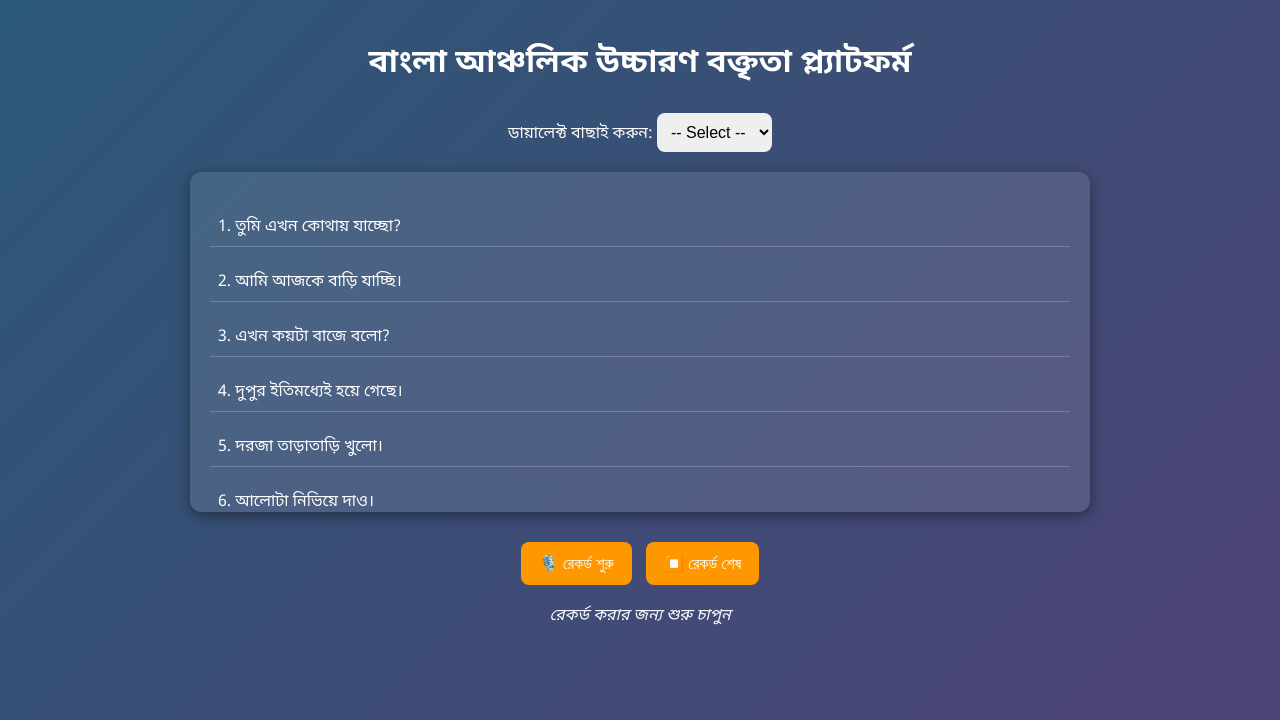
Repository: Sayeem-Velocity/shobdotori-where-dialects-flow-into-bangla
Page: index.html
An editor plug-in stored every save of this project. The page is shown before and after the next save, followed by the edit.
The browser window is 1280 px wide. The pictures show the whole page.

Above is the page before, as saved 2025-08-31 14:29:35.

After the next save:
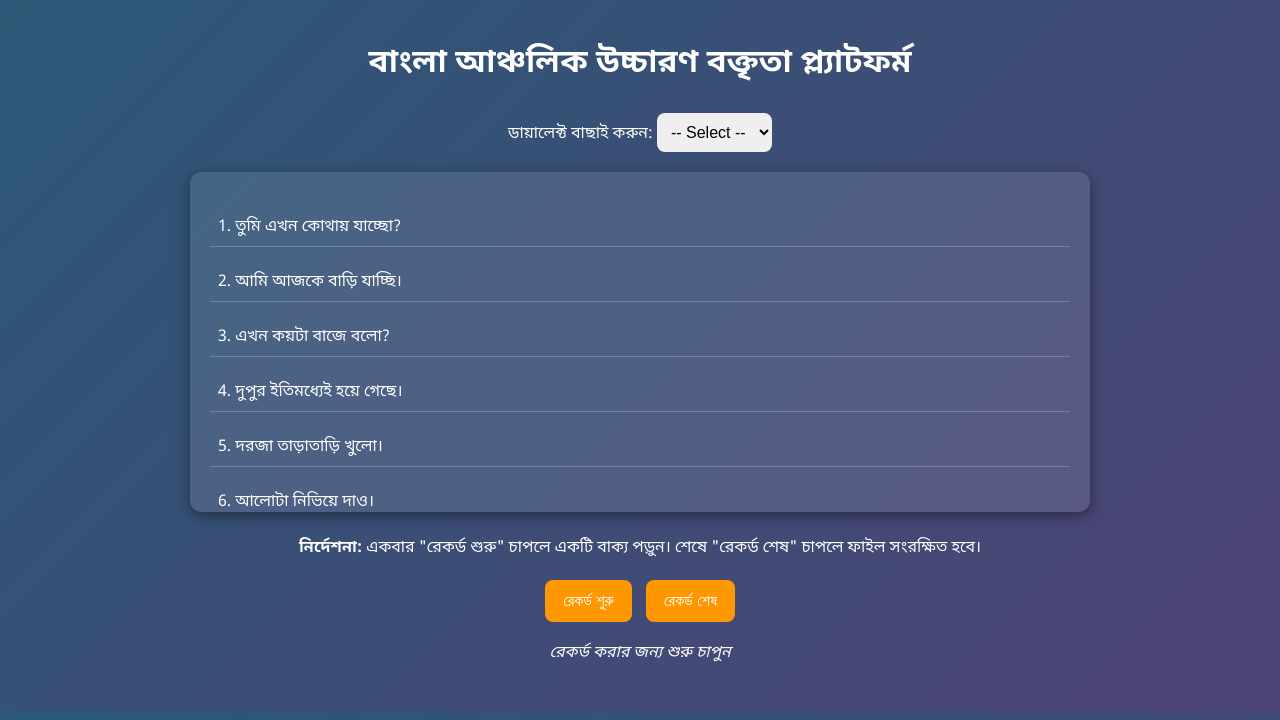
Saved 15 min 46 s later.
--- a/index.html
+++ b/index.html
@@ -1,11 +1,14 @@
+<!DOCTYPE html>
+<html lang="bn">
 <head>
   <meta charset="UTF-8">
   <meta name="viewport" content="width=device-width, initial-scale=1.0">
   <title>Bangla Dialect Speech UI</title>
   <link rel="stylesheet" href="css/style.css">
+  <link rel="icon" type="image/png" href="images/image.png">
 </head>
-
 <body>
+  <div class="overlay"></div>
   <div class="container">
     <h1 class="title">বাংলা আঞ্চলিক উচ্চারণ বক্তৃতা প্ল্যাটফর্ম</h1>
 
@@ -14,38 +17,41 @@
       <label for="dialect">ডায়ালেক্ট বাছাই করুন:</label>
       <select id="dialect">
         <option value="">-- Select --</option>
-        <option>ময়মনসিংহ</option>
-        <option>কুমিল্লা</option>
-        <option>নোয়াখালী</option>
-        <option>ফেনী</option>
-        <option>ব্রাহ্মণবাড়িয়া</option>
-        <option>গাইবান্ধা</option>
-        <option>কুড়িগ্রাম</option>
-        <option>যশোর</option>
-        <option>কুষ্টিয়া</option>
-        <option>ঝিনাইদহ</option>
-        <option>বাগেরহাট</option>
-        <option>খুলনা</option>
-        <option>পটুয়াখালী</option>
-        <option>ভোলা</option>
-        <option>পঞ্চগড়</option>
-        <option>লালমনিরহাট</option>
-        <option>দিনাজপুর</option>
-        <option>রাজশাহী</option>
-        <option>নাটোর</option>
-        <option>পাবনা</option>
-        <option>সিরাজগঞ্জ</option>
-        <option>চাঁদপুর</option>
-        <option>লক্ষ্মীপুর</option>
+        <option value="mymensingh">ময়মনসিংহ</option>
+        <option value="comilla">কুমিল্লা</option>
+        <option value="noakhali">নোয়াখালী</option>
+        <option value="feni">ফেনী</option>
+        <option value="brahmanbaria">ব্রাহ্মণবাড়িয়া</option>
+        <option value="gaibandha">গাইবান্ধা</option>
+        <option value="kurigram">কুড়িগ্রাম</option>
+        <option value="jessore">যশোর</option>
+        <option value="kushtia">কুষ্টিয়া</option>
+        <option value="jhenaidah">ঝিনাইদহ</option>
+        <option value="bagerhat">বাগেরহাট</option>
+        <option value="khulna">খুলনা</option>
+        <option value="patuakhali">পটুয়াখালী</option>
+        <option value="bhola">ভোলা</option>
+        <option value="panchagarh">পঞ্চগড়</option>
+        <option value="lalmonirhat">লালমনিরহাট</option>
+        <option value="dinajpur">দিনাজপুর</option>
+        <option value="rajshahi">রাজশাহী</option>
+        <option value="natore">নাটোর</option>
+        <option value="pabna">পাবনা</option>
+        <option value="sirajganj">সিরাজগঞ্জ</option>
+        <option value="chandpur">চাঁদপুর</option>
+        <option value="lakshmipur">লক্ষ্মীপুর</option>
+        <option value="sandwip">সন্দ্বীপ</option>
       </select>
     </div>
+
     <!-- Sentences -->
     <div id="sentences" class="sentence-box"></div>
 
     <!-- Recorder -->
     <div class="recorder">
-      <button id="startBtn">🎙️ রেকর্ড শুরু</button>
-      <button id="stopBtn" disabled>⏹️ রেকর্ড শেষ</button>
+      <p><b>নির্দেশনা:</b> একবার "রেকর্ড শুরু" চাপলে একটি বাক্য পড়ুন। শেষে "রেকর্ড শেষ" চাপলে ফাইল সংরক্ষিত হবে।</p>
+      <button id="startBtn">রেকর্ড শুরু</button>
+      <button id="stopBtn" disabled>রেকর্ড শেষ</button>
       <p id="status">রেকর্ড করার জন্য শুরু চাপুন</p>
     </div>
   </div>
